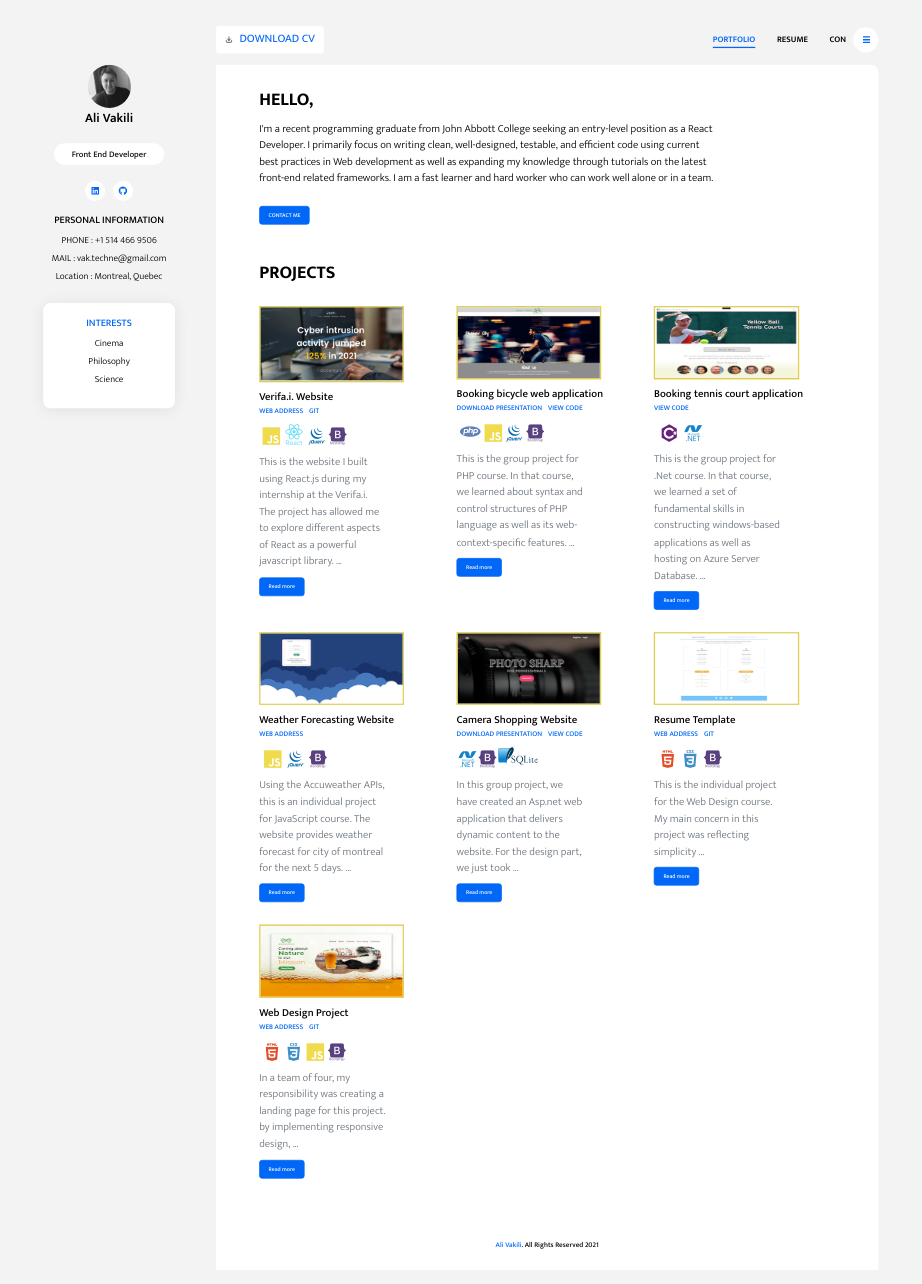
Repository: Ali-VB/portfolio_static
Page: index.html
An editor plug-in stored every save of this project. The page is shown before and after the next save, followed by the edit.
The browser window is 1280 px wide. The pictures show the whole page, at 72% of full size.
Some web libraries are served in a nearby version.

Above is the page before, as saved 2022-05-11 21:53:32.

After the next save:
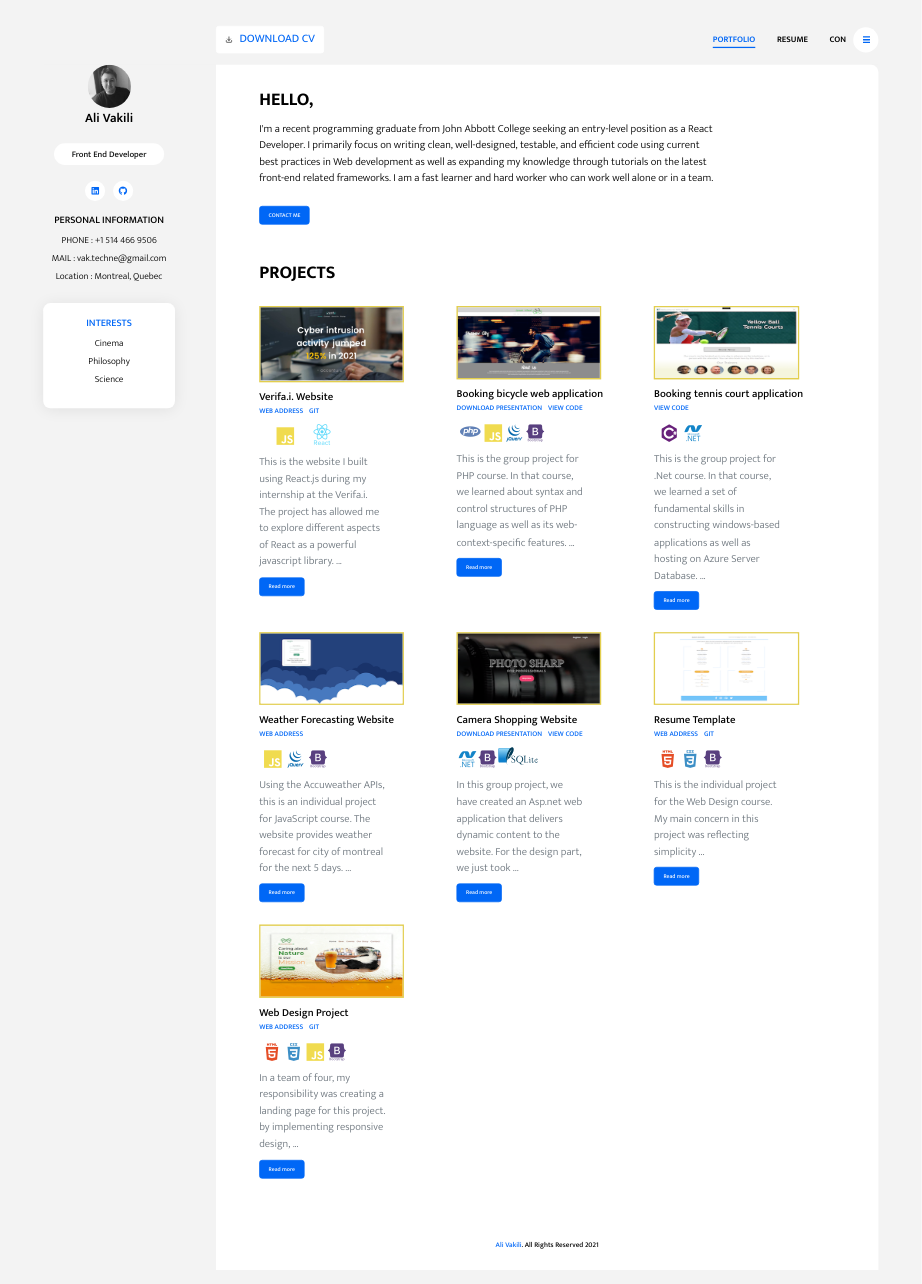
Saved 28 s later.
--- a/index.html
+++ b/index.html
@@ -124,10 +124,6 @@
                             <div class="client-logo"><i style="font-size: 30px;" class="devicon-react-original-wordmark colored "></i>
                             </div>
 
-                            <div class="client-logo"><i style="font-size: 25px;"
-                                    class="devicon-jquery-plain-wordmark colored "></i></div>
-                            <div class="client-logo"><i style="font-size: 25px;"
-                                    class="devicon-bootstrap-plain-wordmark colored "></i></div>
                         </div>
 
                         <p style="width: 70%;" class="font-weight-light mt-0 mb-0 text-muted">This is the website I
